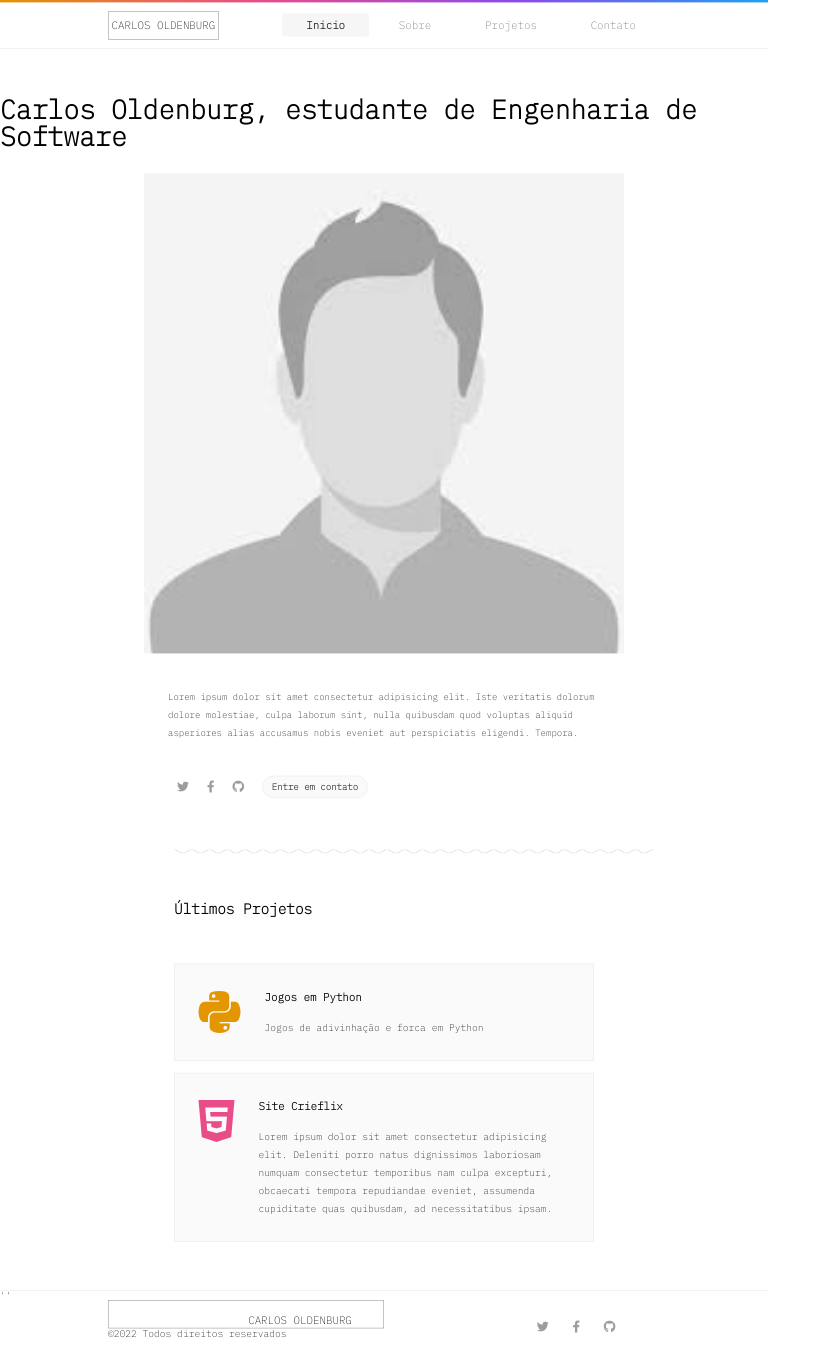
Repository: Carolden/PortfolioCrie
Page: index.html
An editor plug-in stored every save of this project. The page is shown before and after the next save, followed by the edit.
The browser window is 1280 px wide. The page is 1380 px wide, so the pictures cover 1380 px, including what lies to the right of the window. The pictures show the whole page, at 60% of full size.

Above is the page before, as saved 2023-05-25 20:58:06.

After the next save:
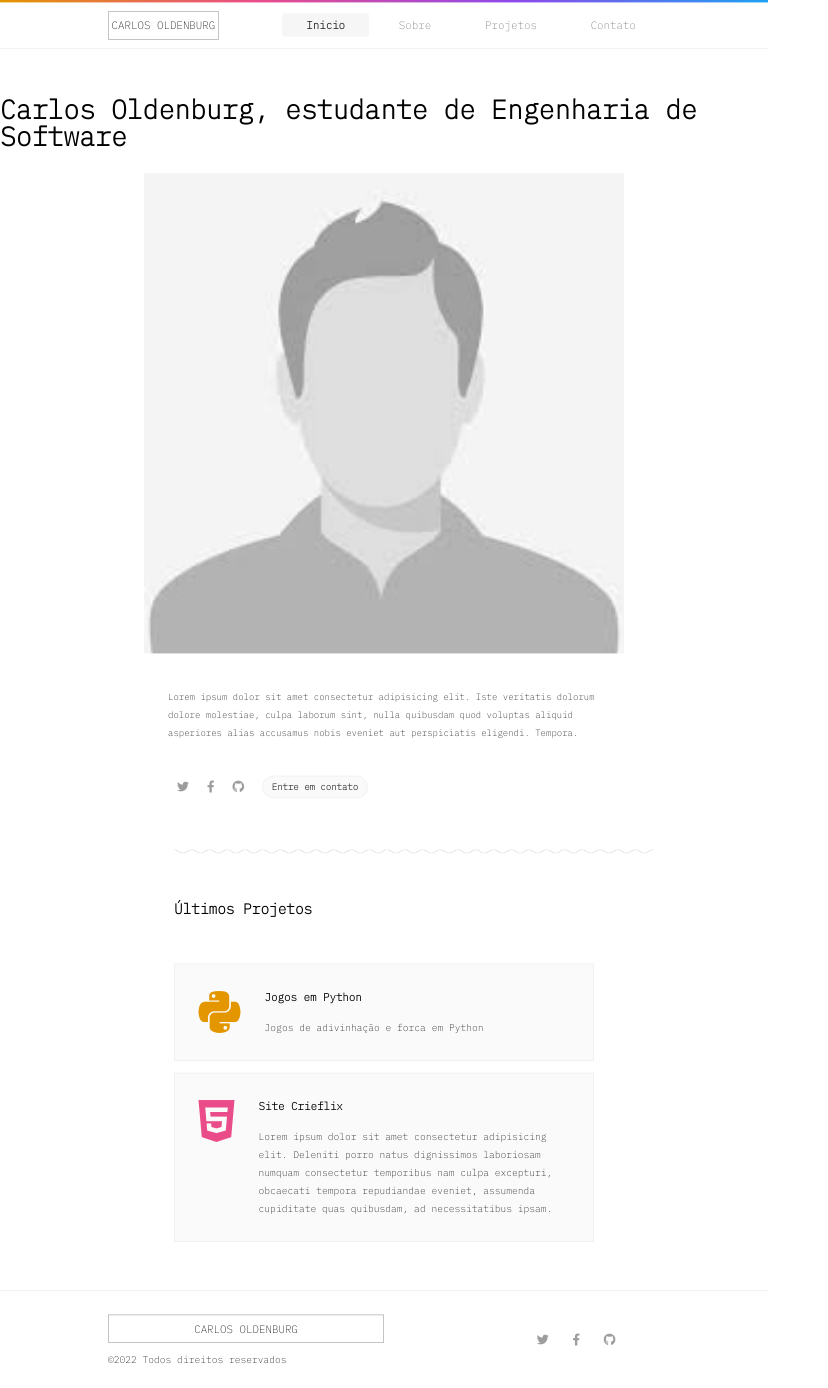
Saved 14 s later.
--- a/index.html
+++ b/index.html
@@ -122,11 +122,8 @@
     <footer class="footer">
 
         <div class="name__container footer__column">
-''
-            <div class="name__box">
-                <h2 class="name--footer">CARLOS OLDENBURG</h2>
 
-            </div>
+            <h2 class="name__box name--footer">CARLOS OLDENBURG</h2>
             <p class="footer__p">©2022 Todos direitos reservados</p>
 
         </div>
